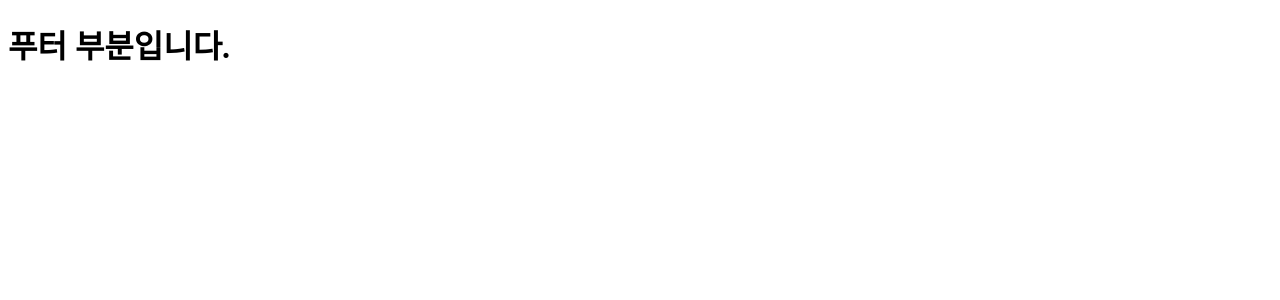
Repository: ifpi98/java_e
Page: http://localhost/jspproject/footer.jsp
These files come from the project's save history. The page is drawn as it stood at one moment and after the next save; the edit follows.
The browser window is 1280 px wide. The pictures show the whole page.
The page is served by Tomcat 9.

Above is the page before, as saved 2023-07-06 03:47:41.

### jspproject/src/main/webapp/footer.jsp
<%@ page language="java" contentType="text/html; charset=EUC-KR"
    pageEncoding="EUC-KR"%>
<!DOCTYPE html>
<html>
<head>
<meta charset="EUC-KR">
<title>Insert title here</title>
</head>
<body>

<h1> 푸터 부분입니다.</h1>

</body>
</html>

After the next save:
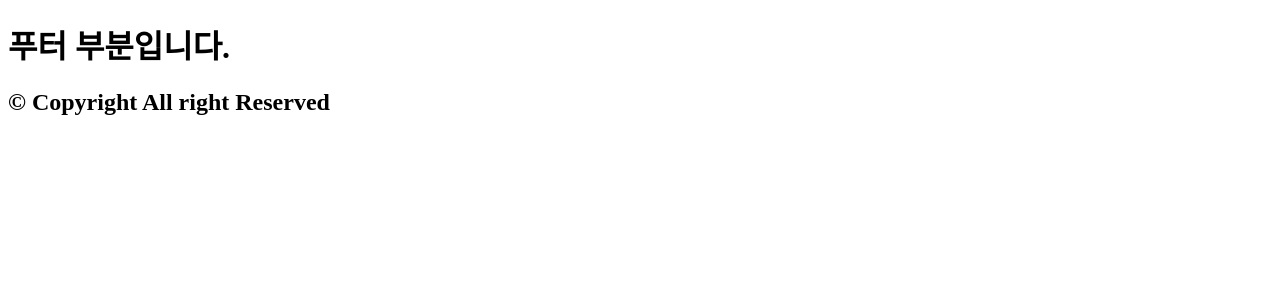
Saved 77 s later.
--- a/jspproject/src/main/webapp/footer.jsp
+++ b/jspproject/src/main/webapp/footer.jsp
@@ -9,6 +9,6 @@
 <body>
 
 <h1> 푸터 부분입니다.</h1>
-
+<h2> &copy; Copyright All right Reserved </h2>
 </body>
 </html>
